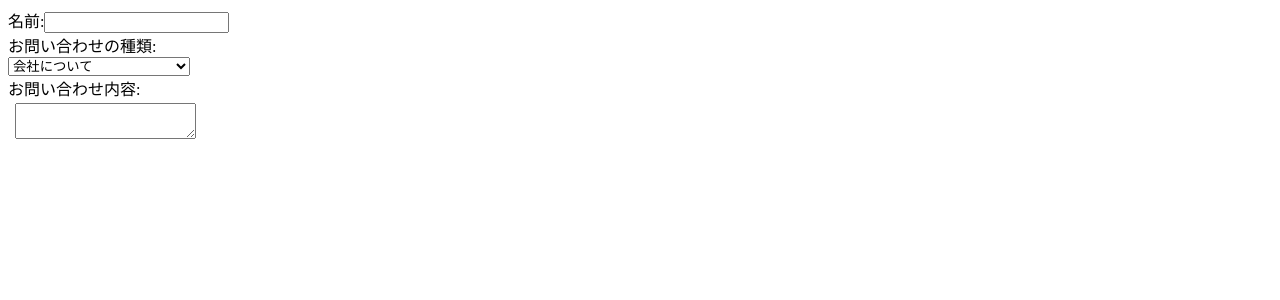
Repository: Numanaka/test
Page: http://localhost/WebProj4/InquiryAction.action
An editor plug-in stored every save of this project. The page is shown before and after the next save, followed by the edit.
The browser window is 1280 px wide. The pictures show the whole page.
The page is served by Tomcat 9. Other server files are loaded and not shown.

Above is the page before, as saved 2019-07-01 07:04:26.

### WebProj4/WebContent/inquiry.jsp
<%@ page language="java" contentType="text/html; charset=UTF-8"
    pageEncoding="UTF-8"%>
<%@ taglib prefix="s" uri="/struts-tags" %>
<!DOCTYPE html>
<html>
<head>
<meta charset="utf-8">
<title>お問い合わせフォーム</title>
</head>
<body>

<s:form method="post" action="InquiryCompleteAction">
	名前:<input type="text" name="name"/>
	<br>
	お問い合わせの種類:<br>
	<select name="qtype">
		<option value="company">会社について</option>
		<option value="product">製品について</option>
		<option value="support">アフターサポートについて</option>
	</select>
	<br>
	お問い合わせ内容:
	<s:textarea name="body"/>
	<br><s;submit value="登録"/>
</s:form>

</body>
</html>

After the next save:
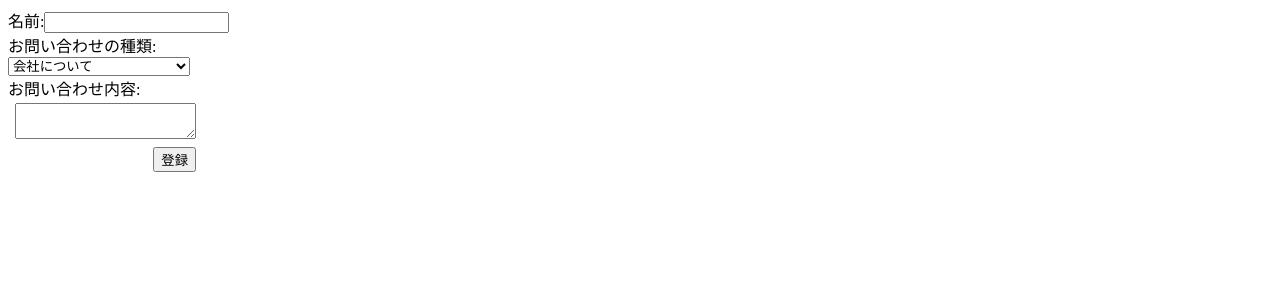
Saved 28 s later.
--- a/WebProj4/WebContent/inquiry.jsp
+++ b/WebProj4/WebContent/inquiry.jsp
@@ -21,7 +21,7 @@
 	<br>
 	お問い合わせ内容:
 	<s:textarea name="body"/>
-	<br><s;submit value="登録"/>
+	<br><s:submit value="登録"/>
 </s:form>
 
 </body>
